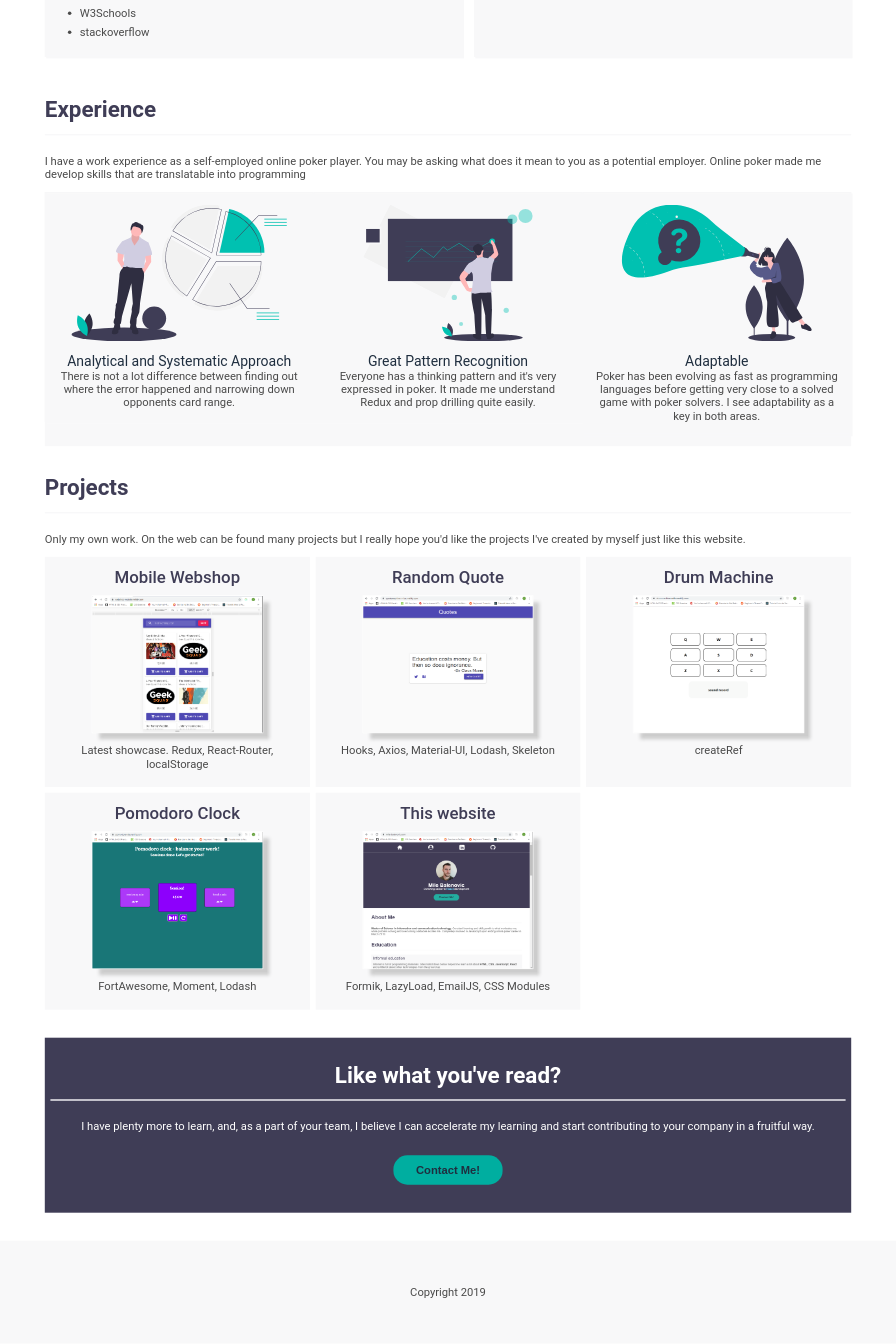
Repository: milac0/my-website
Page: /
These files come from the project's save history. The page is drawn as it stood at one moment and after the next save; the edit follows.
The browser window is 1280 px wide. The pictures show the part of the page from y = 948 to 2868 px (the page is 2868 px tall), at 70% of full size.
The project was rebuilt for these pictures with package versions that can differ from the ones it lists, and the page was loaded fresh each time. Also part of the build but not shown: src/components/formContact.module.css, src/components/FormContact.js, src/pages/contact.module.css, src/pages/Contact.js. Imported but missing from the stored project, and not drawn on this page: src/resume.pdf.

Above is the page before, as saved 2019-11-08 18:02:22.

After the next save:
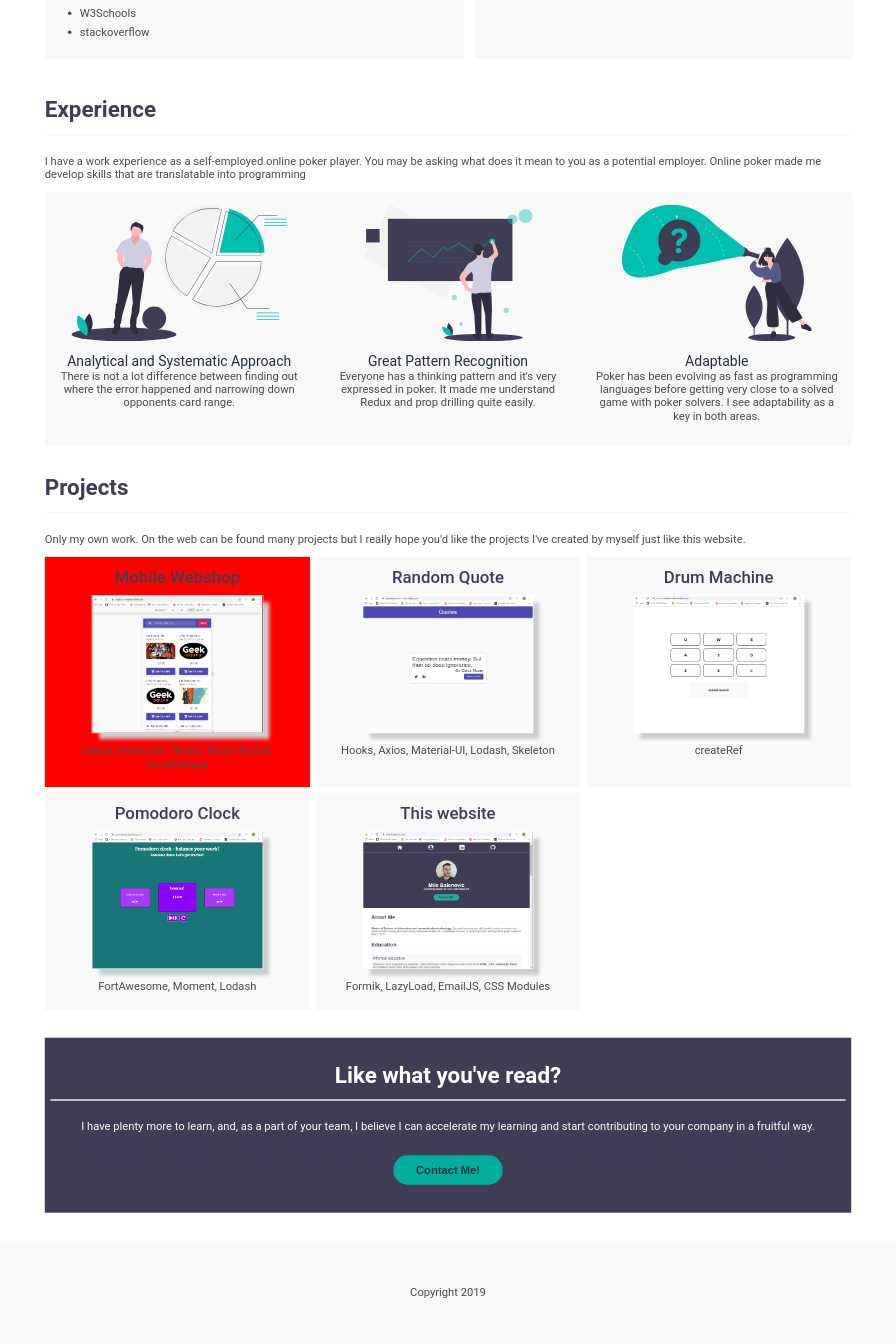
Saved 9 s later.
--- a/src/index.css
+++ b/src/index.css
@@ -211,7 +211,7 @@ article {
   margin-bottom: 0.5em;
 }
 
-.featured-project {
+#featured-project {
   background: red;
 }
 
